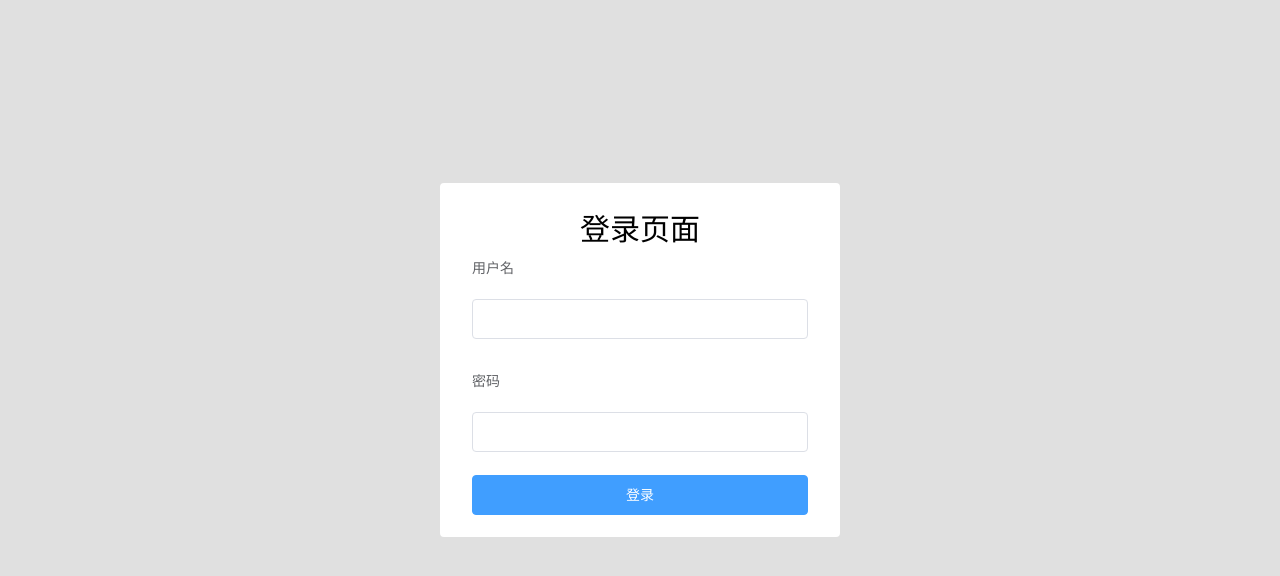
Repository: euphor1azzy/testlist
Page: /#/login (app in list/)
These files come from the project's save history. The page is drawn as it stood at one moment and after the next save; the edit follows.
The browser window is 1280 px wide. The pictures show the whole page.
The project was rebuilt for these pictures with package versions that can differ from the ones it lists, and the page was loaded fresh each time. Also part of the build but not shown: list/src/components/common/appnav.vue, list/src/components/common/appslider.vue, list/src/views/home.vue, list/src/components/users/users.vue.

Above is the page before, as saved 2020-08-26 11:45:49.

After the next save:
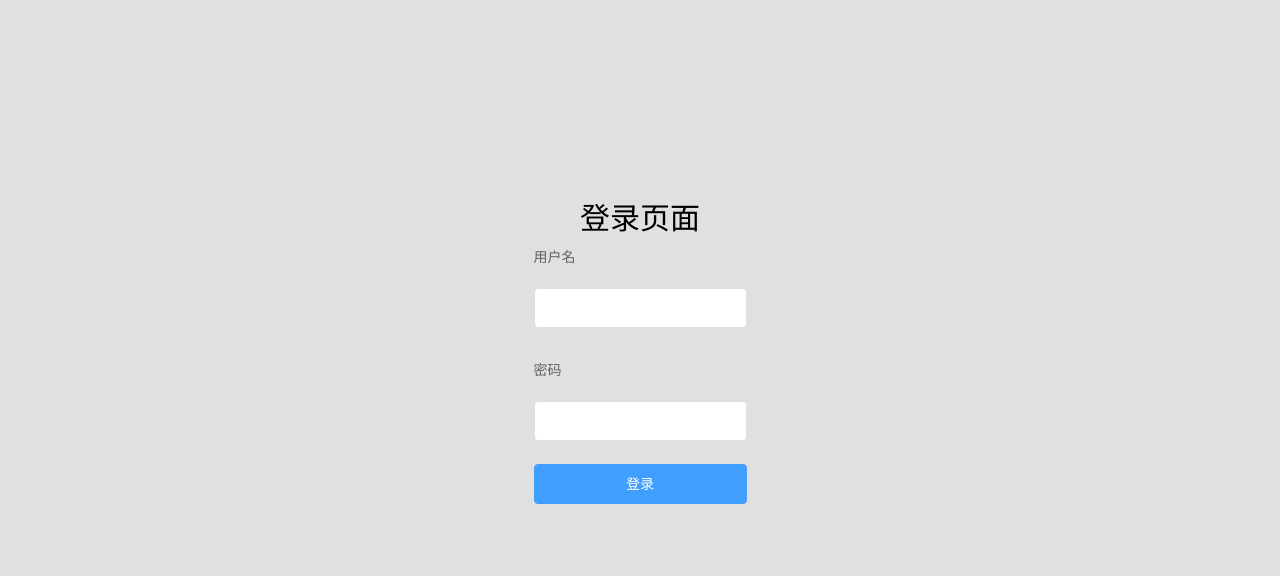
Saved 2 h 0 min later.
--- a/list/src/views/login/login.vue
+++ b/list/src/views/login/login.vue
@@ -1,47 +1,88 @@
 <template>
   <div class="logwrap">
-    <el-form class="logform" label-position="top" label-width="80px" :model="logdata">
-      <h1 style="text-align:center;font-size:30px">登录页面</h1>
-      <el-form-item label="用户名">
-        <el-input v-model="logdata.username"></el-input>
-      </el-form-item>
-      <el-form-item label="密码">
-        <el-input type="password" v-model="logdata.password"></el-input>
-      </el-form-item>
-      <el-button style="width:100%" type="primary" @click.prevent="handleLogin">登录</el-button>
-    </el-form>
+    <el-form :model="ruleForm" status-icon :rules="rules" ref="ruleForm" label-position="top" label-width="80px" >
+ <h1 style="text-align:center;font-size:30px">登录页面</h1>
+  <el-form-item label="用户名" prop="username">
+    <el-input type="text" v-model="ruleForm.username" autocomplete="off"></el-input>
+  </el-form-item>
+  <el-form-item label="密码" prop="pass">
+    <el-input type="password" v-model="ruleForm.pass" autocomplete="off"></el-input>
+  </el-form-item>
+
+  <el-form-item>
+    <el-button type="primary" style="width:100%" @click="submitForm('ruleForm')">登录</el-button>
+     </el-form-item>
+</el-form>
   </div>
 </template>
+
+
 
 <script>
 export default {
   name:'Login',
-  methods:{
-     login(){
-            }
-  },
+  data() {
+      var validatePass = (rule, value, callback) => {
+        if (value === '') {
+          callback(new Error('请输入密码'));
+        } else {
+          if (this.ruleForm.checkPass !== '') {
+            this.$refs.ruleForm.validateField('checkPass');
+          }
+          callback();
+        }
+      };
+      var validateUsername = (rule, value, callback) => {
+        if (value === '') {
+          callback(new Error('请输入用户名'));
+        } else if (value !== this.ruleForm.pass) {
+          callback(new Error('两次输入密码不一致!'));
+        } else {
+          callback();
+        }
+      };
+        return {
+        ruleForm: {
+          pass: '',
+          username: '',
+                 },
+        rules: {
+          pass: [
+            { validator: validatePass, trigger: 'blur' }
+          ],
+          username: [
+            { validator: validateUsername, trigger: 'blur' }
+          ],
+                 }
+      };
+    },
+     methods: {
+      submitForm(formName) {
+        this.$refs[formName].validate((valid) => {
+          if (valid) {
+            alert('submit!');
+          } else {
+            console.log('error submit!!');
+            return false;
+          }
+        });
+      },
+         }
+  }
 
-  data() {
-    return {
-      logdata: {
-        username: "",
-        password: "",
-      }
-    }
-  },
-  methods:{
-    //登录请求
-    // handleLogin(){
-    //   this.$http.push('login',this.logdata)
-    //   .then(res=>{
-    //     console.log(res)
-    //   })
-    // }
-    handleLogin(){
-      this.$router.push({name: 'Home'})
-    }
-  }
-};
+  // methods:{
+  //   //登录请求
+  //   // handleLogin(){
+  //   //   this.$http.push('login',this.logdata)
+  //   //   .then(res=>{
+  //   //     console.log(res)
+  //   //   })
+  //   // }
+  //   handleLogin(){
+  //     this.$router.push({name: 'Home'})
+  //   }
+  // }
+
 </script>
 
 <style>
